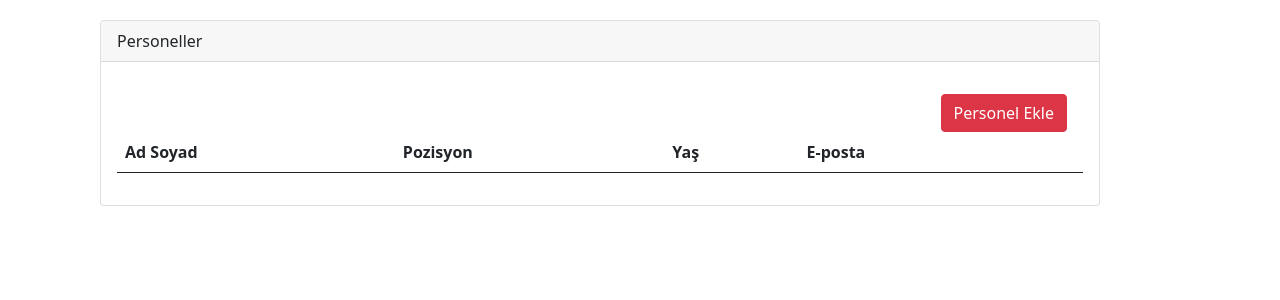
Repository: okankrdg/ReactCoreCRUD
Page: /employee/index (app in ReactCoreCRUD.Web/client/)
These files come from the project's save history. The page is drawn as it stood at one moment and after the next save; the edit follows.
The browser window is 1280 px wide. The pictures show the whole page.
The page's requests for data from a server got no answer. The project was rebuilt for these pictures with package versions that can differ from the ones it lists, and the page was loaded fresh each time. No one was signed in, and anything a server would have sent is missing. Also part of the build but not shown: ReactCoreCRUD.Web/client/src/pages/Employee/createOrEdit.tsx, ReactCoreCRUD.Web/client/src/pages/Exception/index.tsx.

Above is the page before, as saved 2021-10-10 22:25:56.

After the next save:
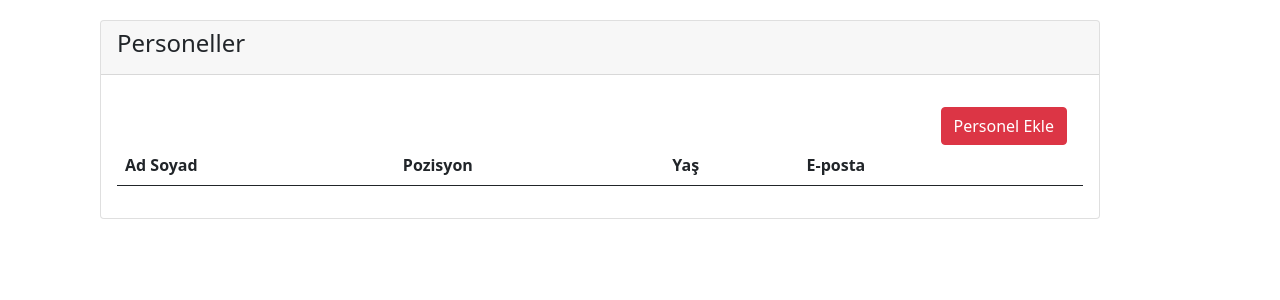
Saved 21 s later.
--- a/ReactCoreCRUD.Web/client/src/pages/Employee/index.tsx
+++ b/ReactCoreCRUD.Web/client/src/pages/Employee/index.tsx
@@ -30,7 +30,9 @@ function Index() {
   };
   return (
     <div className="card col-md-10 text-start">
-      <div className="card-header">Personeller</div>
+      <div className="card-header">
+        <h4>Personeller</h4>
+      </div>
       <div className="card-body">
         <div className="">
           <div className="d-flex justify-content-end me-3 mt-3">
